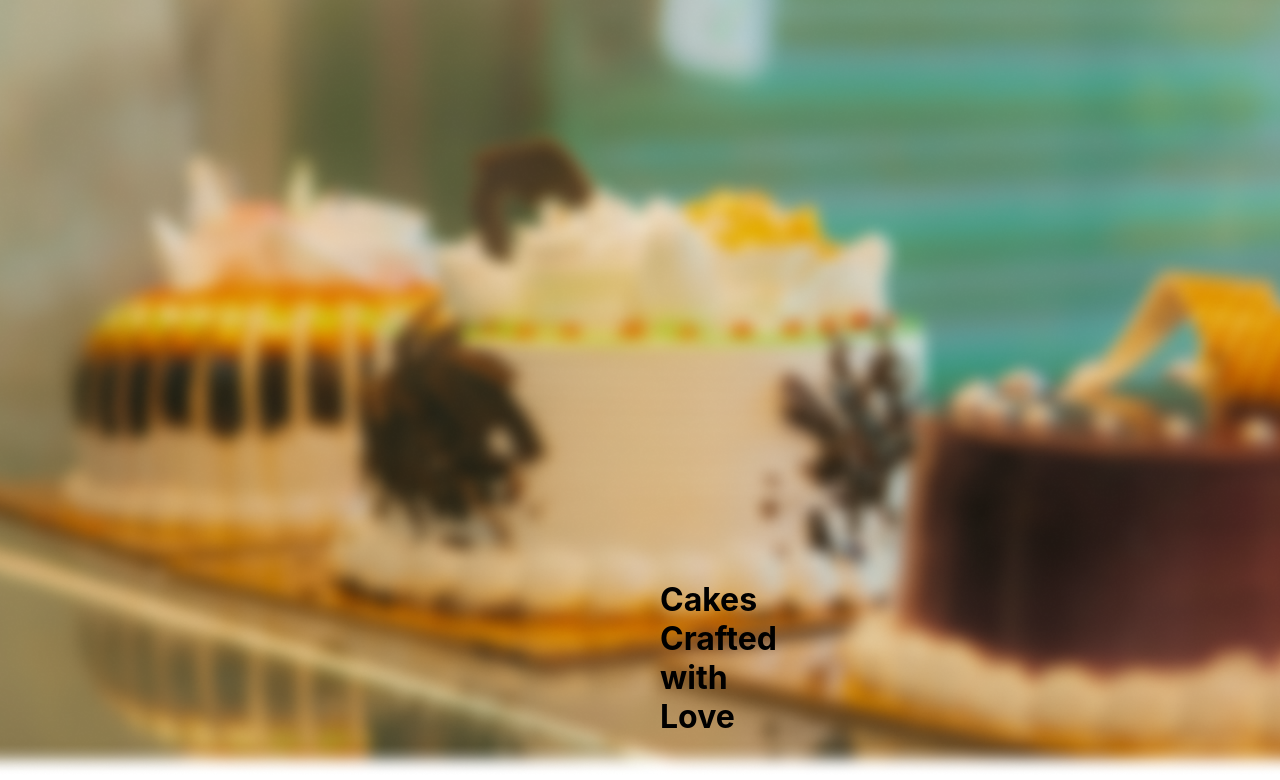
Repository: MEROO1010/cake-box-website
Page: / (app in Cake_box/cake_website/cake_frontend/)
These files come from the project's save history. The page is drawn as it stood at one moment and after the next save; the edit follows.
The browser window is 1280 px wide. The pictures show the whole page.
The project was rebuilt for these pictures with package versions that can differ from the ones it lists, and the page was loaded fresh each time.

Above is the page before, as saved 2024-10-22 11:56:00.

After the next save:
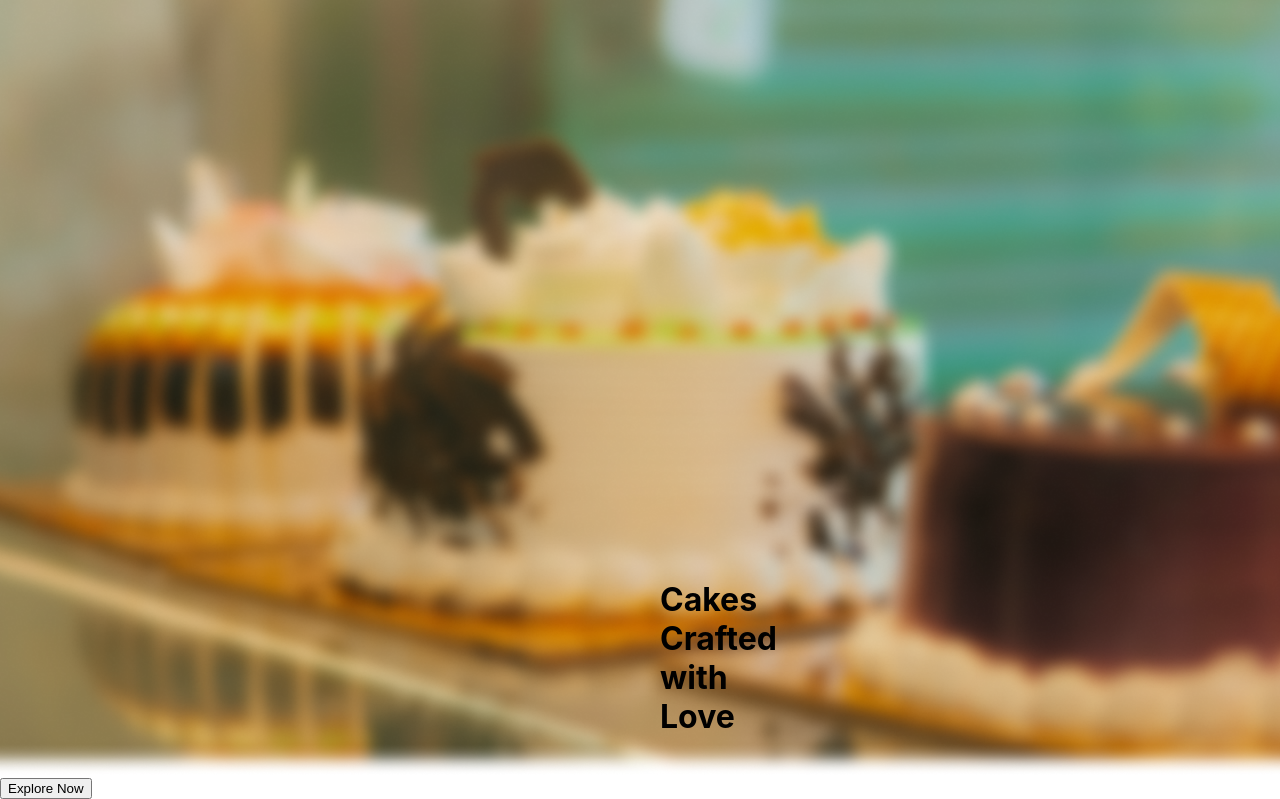
Saved 35 s later.
--- a/Cake_box/cake_website/cake_frontend/src/components/HomePage/Homepage.jsx
+++ b/Cake_box/cake_website/cake_frontend/src/components/HomePage/Homepage.jsx
@@ -9,6 +9,8 @@ const Homepage = () => {
     <img src={Homepagebg} alt=""/>
 
     <h1>Cakes<br/> Crafted<br/> with<br/> Love</h1>
+
+    <button>Explore Now</button>
 
     </Container>
   )
